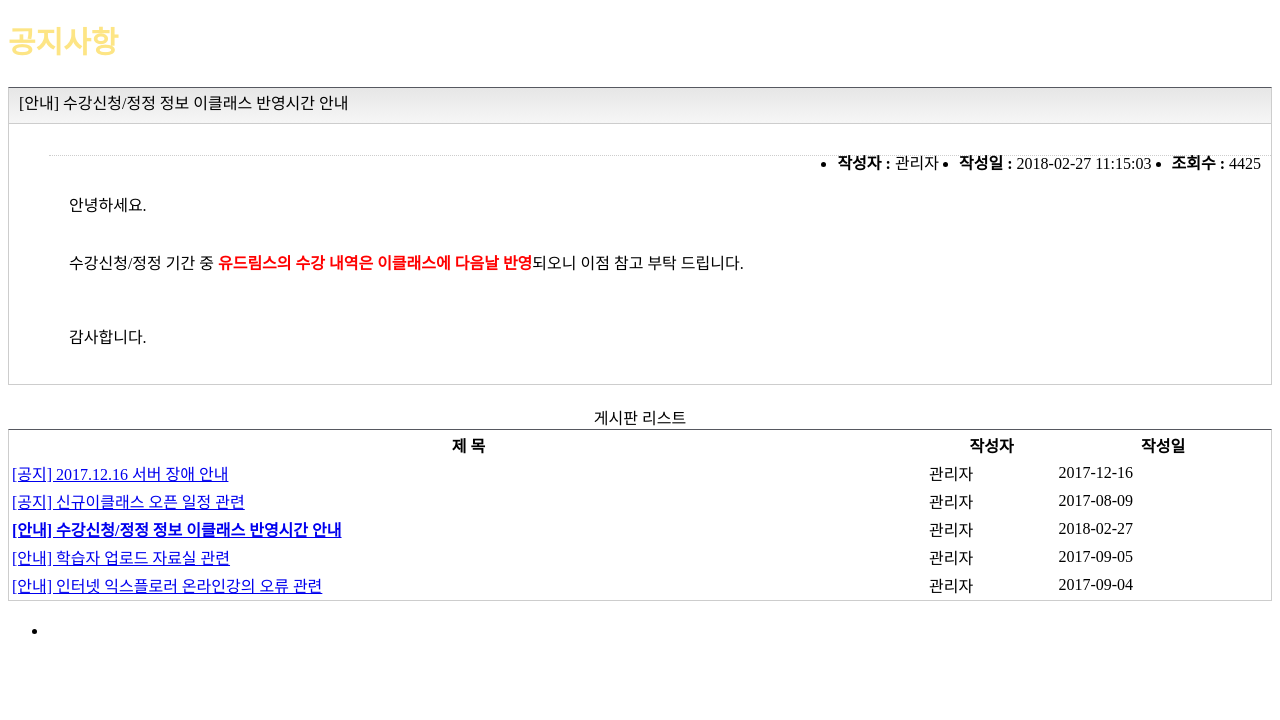
Repository: CSID-DGU/2019-1-CECD3-FFChain-2
Page: http://localhost/icip.app/WEB-INF/jsp/icip/notice/noticeView.jsp
These files come from the project's save history. The page is drawn as it stood at one moment and after the next save; the edit follows.
The browser window is 1280 px wide. The pictures show the whole page.
The page is served by Tomcat 9. Nobody is signed in. Other server files are loaded and not shown. The template is opened directly, without the code that normally fills it, so the values that code supplies are empty.

Above is the page before, as saved 2019-08-19 11:33:27.

### icip.app/src/main/webapp/WEB-INF/jsp/icip/notice/noticeView.jsp
<%@ page contentType="text/html; charset=utf-8" pageEncoding="utf-8"%>
<%@ taglib prefix="fmt" uri="http://java.sun.com/jsp/jstl/fmt"%>
<%@ taglib prefix="c" uri="http://java.sun.com/jsp/jstl/core"%>
<%@ taglib prefix="form" uri="http://www.springframework.org/tags/form"%>
<%@ taglib uri="http://java.sun.com/jsp/jstl/functions" prefix="fn"%>
<%@ taglib prefix="spring" uri="http://www.springframework.org/tags"%>
<!DOCTYPE html PUBLIC "-//W3C//DTD HTML 4.01 Transitional//EN" "http://www.w3.org/TR/html4/loose.dtd">
<html>
<head>
</head>
<style>
#listBox div.listContent > dd > ul > li
{
    float: left;
    margin-right: 20px;
}
#listBox div.listContent dd.info {
    padding: 0 10px;
    border-bottom: 1px dotted #cdcdcd;
    height:15px;
    line-height:15px;
}
#listBox div.listContent dt {
    padding: 5px 10px;
    border-bottom: 1px solid #cdcdcd;
    line-height: 22px;
    min-height: 25px;
    background: #e6e6e6;
    background: -webkit-gradient(linear, 0 0, 0 bottom, from(#e6e6e6), to(#f6f6f6));
    background: -webkit-linear-gradient(#e6e6e6, #f6f6f6);
    background: -moz-linear-gradient(#e6e6e6, #f6f6f6);
    background: -ms-linear-gradient(#e6e6e6, #f6f6f6);
    background: -o-linear-gradient(#e6e6e6, #f6f6f6);
    background: linear-gradient(#e6e6e6, #f6f6f6);
}
div.cont
{
padding:20px;
}

#listBox div.listContent {
    clear: both;
    position: relative;
    margin-bottom: 20px;
    border: 1px solid #cdcdcd;
    border-top: 1px solid #565860;
}
.boardListBasic {
    width: 100%;
    border: 1px solid #cdcdcd;
    border-top: 1px solid #565860;
}
</style>
<body>
<div style = "padding-top: 10px; font-size:30px; padding-bottom:25px; color : #fde585; font-weight:bold " >
공지사항
</div>
<div id="listBox">
				<div class="listContent">
				<dt>
						 [안내] 수강신청/정정 정보 이클래스 반영시간 안내
				</dt>
						<dd class="info">
							<ul class="fl ml10">
							</ul>
							<ul class="fr mr10" style="float:right;">
							<li><b>작성자 :</b> <span id="suserinfo" style="" onclick="javascript:learnerInfo('admin1');">관리자</span></li>
							<li><b>작성일 :</b> 2018-02-27 11:15:03</li>
							<li class="m0" style="margin-right:0px"><b>조회수 :</b> 4425</li>
							</ul>
						</dd>
						<dd>
							<div class="cont"><p>안녕하세요. </p><p><br>수강신청/정정 기간 중 <strong><span style="color: rgb(255, 0, 0);">유드림스의 수강 내역은 </span><font color="#ff0000">이클래스에 다음날 반영</font></strong>되오니 이점 참고 부탁 드립니다.</p><p><br></p><p>감사합니다.<br></p></div>

						</dd>
						</dl>

							<div class="answerArea">

						</div>
					</div>

						<div id="listBox">
						</div><table class="boardListBasic" summary="게시판 리스트입니다.">
							<caption>게시판 리스트</caption>
							<thead>
								<tr class="odd-row">
									<th class="first">제 목</th>
									<th>작성자</th>
									<th class="last">작성일</th>
								</tr>
							</thead>
							<tbody>

									<tr class="odd-row">
											<td class="textLeft first">
												<div style="margin-left: 0px;" align="absmiddle" alt="">
													<a href="#;" onclick="javascript:moveBoardView('BOAD_171216110316331d7655', '0')">

															[공지] 2017.12.16 서버 장애 안내
													</a>
												</div>
											</td>
											<td>
												관리자
											</td>
											<td class="last">
												2017-12-16
											</td>
										</tr>

										<tr>
											<td class="textLeft first">
												<div style="margin-left: 0px;" align="absmiddle" alt="">
													<a href="#;" onclick="javascript:moveBoardView('BOAD_170809131412cfe20003', '0')">

															[공지] 신규이클래스 오픈 일정 관련
													</a>
												</div>
											</td>
											<td>
												관리자
											</td>
											<td class="last">
												2017-08-09
											</td>
										</tr>
										<tr class="odd-row">
											<td class="textLeft first">
												<div style="margin-left: 0px;" align="absmiddle" alt="">
													<a href="#;" onclick="javascript:moveBoardView('BOAD_180227111503550900e1', '0')">

															<b><i class="icon-arrow-small-black"></i>[안내] 수강신청/정정 정보 이클래스 반영시간 안내</b>
													</a>
												</div>
											</td>
											<td>
												관리자
											</td>
											<td class="last">
												2018-02-27
											</td>
										</tr>

										<tr>
											<td class="textLeft first">
												<div style="margin-left: 0px;" align="absmiddle" alt="">
													<a href="#;" onclick="javascript:moveBoardView('BOAD_170905182259ef57201b', '0')">

															[안내] 학습자 업로드 자료실 관련
													</a>
												</div>
											</td>
											<td>
												관리자
											</td>
											<td class="last">
												2017-09-05
											</td>
										</tr>

										<tr class="odd-row">
											<td class="textLeft first">
												<div style="margin-left: 0px;" align="absmiddle" alt="">
													<a href="#;" onclick="javascript:moveBoardView('BOAD_170904164429ea1c03c0', '0')">

															[안내] 인터넷 익스플로러 온라인강의 오류 관련
													</a>
												</div>
											</td>
											<td>
												관리자
											</td>
											<td class="last">
												2017-09-04
											</td>
										</tr>
							</tbody>
						</table>
						<ul class="btnBox">
								<li style =" padding-left : 500px">
									<a class="btn small" href="noticeList.do" style="color: white;">
										<i class="icon-report-small-color"></i>
										목 록
									</a>
								</li>
							</ul>
<script>
//목록
function fn_cancel(){

    var form = document.getElementById("viewForm");

    form.action = "<c:url value='noticeList.do'/>";
    form.submit();

}

//수정
function fn_update(){

    var form = document.getElementById("viewForm");

    form.action = "<c:url value='updateNotice.do'/>";
    form.submit();
}
</script>
</div>
</body>
</html>

After the next save:
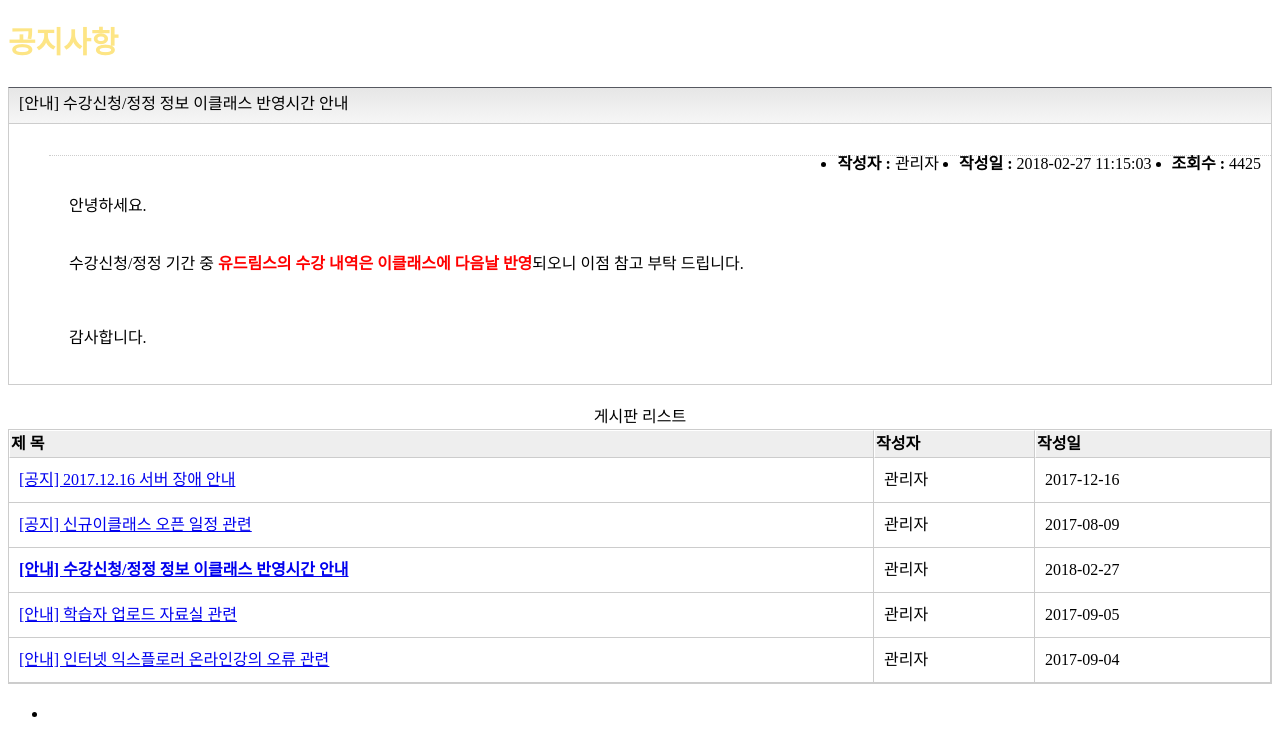
Saved 71 s later.
--- a/icip.app/src/main/webapp/WEB-INF/jsp/icip/notice/noticeView.jsp
+++ b/icip.app/src/main/webapp/WEB-INF/jsp/icip/notice/noticeView.jsp
@@ -50,6 +50,32 @@ padding:20px;
     border: 1px solid #cdcdcd;
     border-top: 1px solid #565860;
 }
+
+table.boardListBasic {
+    border-collapse: separate;
+    border-spacing: 0;
+    text-align: left;
+    line-height: 1.5;
+    border-top: 1px solid #ccc;
+    border-left: 1px solid #ccc;
+}
+
+table.boardListBasic th {
+    font-weight: bold;
+    vertical-align: top;
+    border-right: 1px solid #ccc;
+    border-bottom: 1px solid #ccc;
+    border-top: 1px solid #fff;
+    border-left: 1px solid #fff;
+    background: #eee;
+}
+table.boardListBasic td {
+    padding: 10px;
+    vertical-align: top;
+    border-right: 1px solid #ccc;
+    border-bottom: 1px solid #ccc;
+}
+
 </style>
 <body>
 <div style = "padding-top: 10px; font-size:30px; padding-bottom:25px; color : #fde585; font-weight:bold " >
